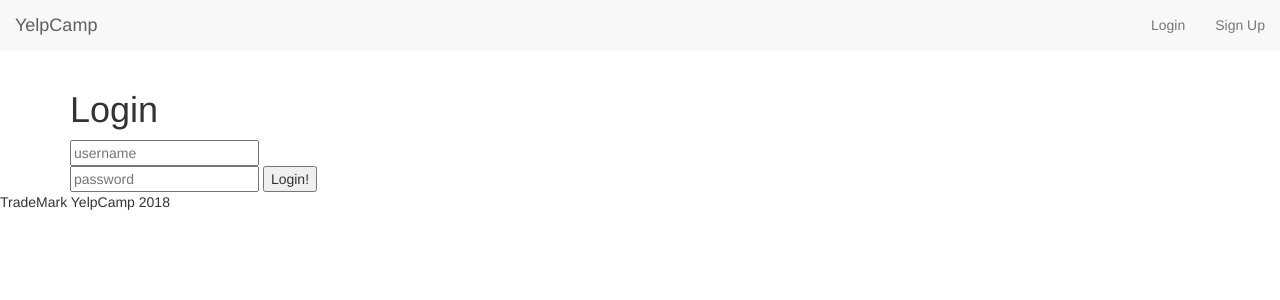
Repository: Kushagrakmr/c9backup
Page: http://localhost/login
The author's editor kept a record of every edit. The page is drawn from the files as they stood at one moment, then again after the next edit.
The browser window is 1280 px wide. The pictures show the whole page.
The page is served by the project's Node server (YelpCamp/v12/app.js). Other server files are loaded and not shown.

Above is the page before.

### YelpCamp/v12/views/login.ejs
<% include ./partials/header %>

<div class = "container">
    <h1>Login</h1>
    <form action = "/login" method = "POST">
        <div class = "form-type">
        <input type = "text" name = "username" placeholder = "username">

        </div>
        <div class = "form-type">

        </div>
        <div class = "form-type">

        </div>
        <input type = "password" name = "password" placeholder = "password">
        <input type= "submit" value = "Login!">
    </form>
</div>

<% include ./partials/footer %>

### YelpCamp/v12/views/partials/header.ejs
<!DOCTYPE html>
<html>
    <head>
        <title>Yelp Camp</title>
        <link rel="stylesheet" href= "https://stackpath.bootstrapcdn.com/bootstrap/3.3.5/css/bootstrap.min.css">
        <link rel = "stylesheet" href = "/stylesheets/main.css">
    </head>
    <body>

<div id = "navbar_margin">
    <nav class="nav navbar-default">
     <div class = "conatainer-fluid">
         <div class-"navbar-header">
             <a class= "navbar-brand" href= "/">YelpCamp</a>
         </div>
         <div class="collapse navbar-collapse">
             <ul class = " nav navbar-nav navbar-right">
                    <% if(!currentUser) { %>
                        <li><a href="/login">Login</a></li>
                        <li><a href="/register">Sign Up</a></li>
                     <% } else { %>
                        <li><a href="#">Signed in as <%= currentUser.username %></a></li>
                        <li><a href="/logout">Logout</a></li>
                     <% } %>
             </ul>
         </div>
     </div>
    </nav>
</div>


<div class = "container">
    <% if(error  && error.length > 0) { %>
        <div class = "alert alert-danger" role = "alert">
            <h5><%= error %></h5>
        </div>
    <% } %>

    <% if(success  && success.length > 0) { %>
        <div class = "alert alert-success" role = "alert">
            <h5><%= success %></h5>
        </div>
    <% } %>
</div>

### YelpCamp/v12/views/partials/footer.ejs
       <p> TradeMark YelpCamp 2018</p>
    </body>
</html>

### YelpCamp/v12/app.js
var express       = require("express"),
     app          = express(),
    bodyParser    = require("body-parser"),
    flash         = require("connect-flash"),
    mongoose      = require("mongoose"),
    passport      = require("passport"),
    LocalStrategy = require("passport-local"),
    Campground    = require("./models/campgrounds"),
    methodOverride= require("method-override"),
    Comment       = require("./models/comment"),
    User          = require("./models/user"),
    seedDB        = require("./seeds")

var commentRoutes     = require("./routes/comments"),
    campgroundRoutes  = require("./routes/campgrounds"),
    indexRoutes        = require("./routes/index");

mongoose.connect("mongodb://localhost:27017/yelp_camp_v11", {useNewUrlParser : true});
app.use(bodyParser.urlencoded({extended : true}));
app.set("view engine", "ejs");
app.use(express.static(__dirname + "/public"));
app.use(methodOverride("_method"));
app.use(flash())
//seedDB();

//PASSPORT CONFIGUARTION
app.use(require("express-session")({
    secret : "Rusty is the best and cutest dog!",
    resave: false,
    saveUninitialized : false
}));
app.use(passport.initialize());
app.use(passport.session());
passport.use(new LocalStrategy(User.authenticate()));
passport.serializeUser(User.serializeUser());
passport.deserializeUser(User.deserializeUser());


app.use(function(request, response, next){
    response.locals.currentUser = request.user;
    response.locals.error       = request.flash("error");
    response.locals.success     = request.flash("success");
    next();
});


app.use(indexRoutes);
app.use(commentRoutes);
app.use(campgroundRoutes);

app.listen(3000, function(){
    console.log("The Yelp Camp Server Has Started");
});

### YelpCamp/v12/routes/index.js
 var express = require("express");
var router  = express.Router();
var passport = require("passport");
var User    = require("../models/user");



router.get("/",function(request, response){
    response.render("landing");
});


//======================
//AUTHENTICATION ROUTES
//======================


//show register form
router.get("/register",function(request, response) {
    response.render("register");
});

//handle signUp logic
router.post("/register", function(request, response) {
    var newUser = new User({username: request.body.username});
    User.register(newUser, request.body.password, function(error, user){
        if(error) {
            request.flash("error", error.message);
            return response.redirect("/register");
        }
        passport.authenticate("local")(request, response, function(){
            request.flash("error", "You need to be logged in to do that");
            request.flash("success", "Welcome to YelpCamp " + user.username);
            response.redirect("/campgrounds");
        });
    });
});


//show login form
router.get("/login", function(request, response) {
    response.render("login");
});

router.post("/login", passport.authenticate("local",
    {
        successRedirect : "/campgrounds",
        failureRedirect : "/login"
    }),function(request, response) {
});

//logout route
router.get("/logout", function(request, response) {
    request.logout();
    request.flash("success", "Logged You Out!")
    response.redirect("/campgrounds");
});

module.exports = router;

### YelpCamp/v12/public/stylesheets/main.css
.thumbnail img {
    width: 100%;
}

.thumbnail {
    padding: 0;
}

.thumbnail .caption-full{
    padding: 9px;
}

.delete-form {
    display: inline;
}

#navbar_margin {
    margin-bottom: 20px;
}

After the next edit:
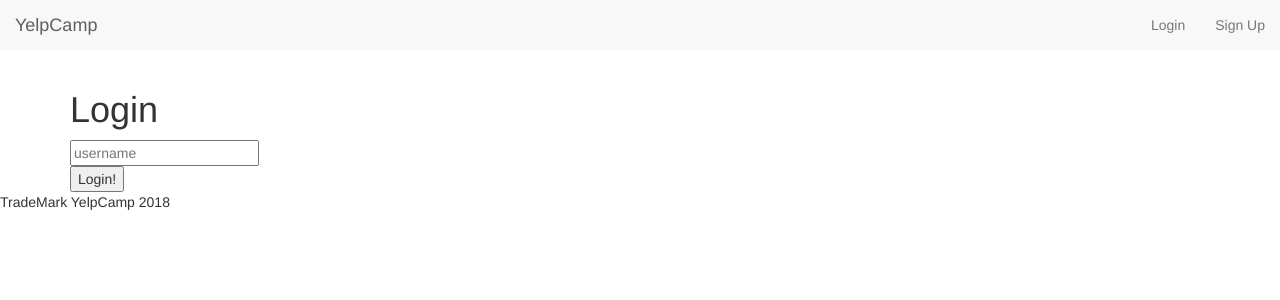
The edit:
--- a/YelpCamp/v12/views/login.ejs
+++ b/YelpCamp/v12/views/login.ejs
@@ -13,7 +13,6 @@
         <div class = "form-type">
 
         </div>
-        <input type = "password" name = "password" placeholder = "password">
         <input type= "submit" value = "Login!">
     </form>
 </div>
